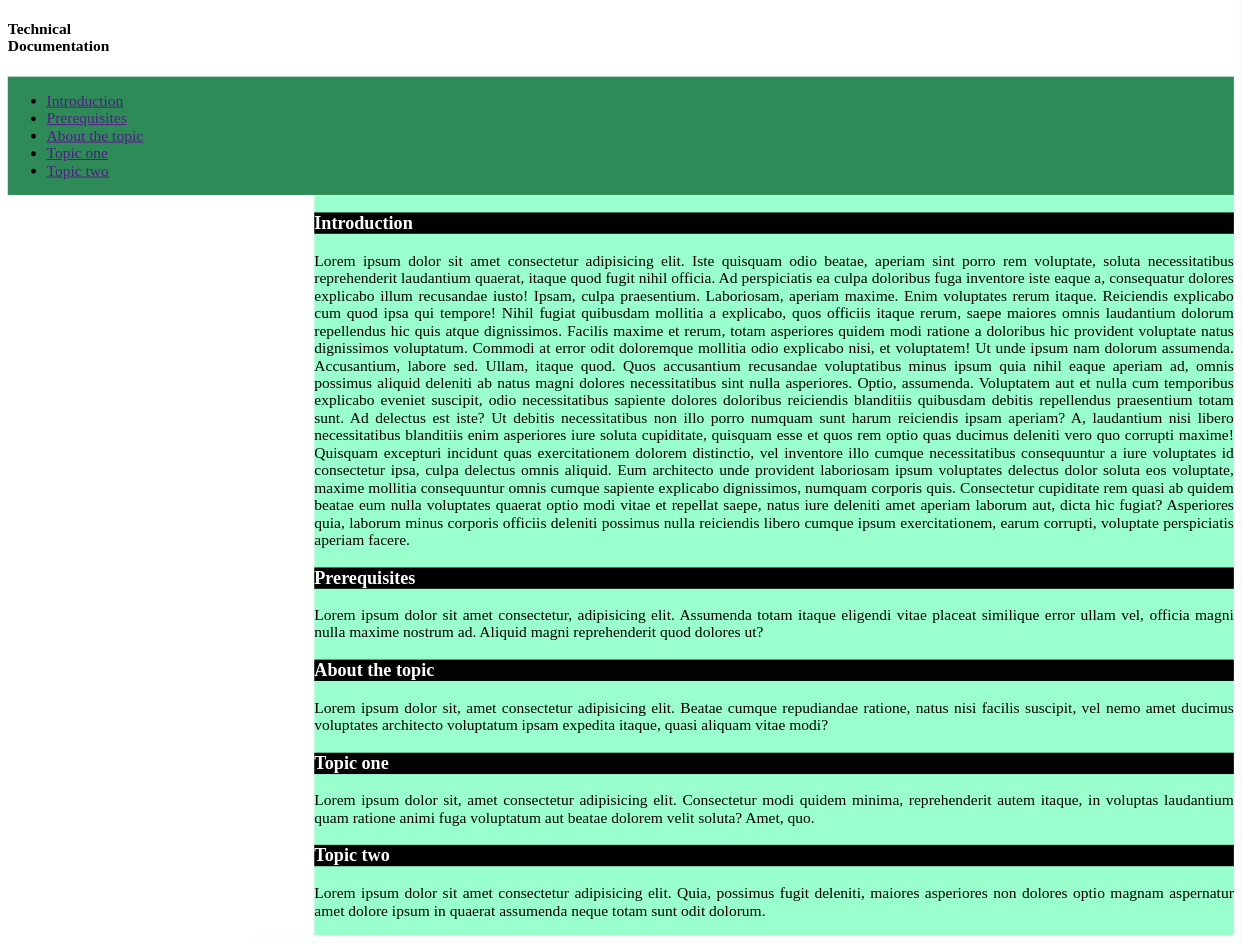
Repository: JoaoLemesDEV/Excercise-Tech-Documentation-Page
Page: index.html
An editor plug-in stored every save of this project. The page is shown before and after the next save, followed by the edit.
The browser window is 1280 px wide. The pictures show the whole page, at 97% of full size.

Above is the page before, as saved 2021-10-03 20:59:23.

### index.html
<!DOCTYPE html>
<html lang="en">
  <head>
    <meta charset="UTF-8" />
    <meta http-equiv="X-UA-Compatible" content="IE=edge" />
    <meta name="viewport" content="width=device-width, initial-scale=1.0" />
    <title>Technical Documentaion</title>
    <link rel="stylesheet" href="index.css" />
    <h4 text-align="left">Technical<br />Documentation</h4>
  </head>
  <body>
    <div class="wrapper">
      <div id="menu">

        <nav>
          <ul>
            <li><a href="">Introduction</a></li>
            <li><a href="">Prerequisites</a></li>
            <li><a href="">About the topic</a></li>
            <li><a href="">Topic one</a></li>
            <li><a href="">Topic two</a></li>
          </ul>
        </nav>
      </div>
      <div id="contents">
        <section id="introduction">
          <h3 style="background: black; color: white">Introduction</h3>
          <p>
            Lorem ipsum dolor sit amet consectetur adipisicing elit. Iste
            quisquam odio beatae, aperiam sint porro rem voluptate, soluta
            necessitatibus reprehenderit laudantium quaerat, itaque quod fugit
            nihil officia. Ad perspiciatis ea culpa doloribus fuga inventore
            iste eaque a, consequatur dolores explicabo illum recusandae iusto!
            Ipsam, culpa praesentium. Laboriosam, aperiam maxime. Enim
            voluptates rerum itaque. Reiciendis explicabo cum quod ipsa qui
            tempore! Nihil fugiat quibusdam mollitia a explicabo, quos officiis
            itaque rerum, saepe maiores omnis laudantium dolorum repellendus hic
            quis atque dignissimos. Facilis maxime et rerum, totam asperiores
            quidem modi ratione a doloribus hic provident voluptate natus
            dignissimos voluptatum. Commodi at error odit doloremque mollitia
            odio explicabo nisi, et voluptatem! Ut unde ipsum nam dolorum
            assumenda. Accusantium, labore sed. Ullam, itaque quod. Quos
            accusantium recusandae voluptatibus minus ipsum quia nihil eaque
            aperiam ad, omnis possimus aliquid deleniti ab natus magni dolores
            necessitatibus sint nulla asperiores. Optio, assumenda. Voluptatem
            aut et nulla cum temporibus explicabo eveniet suscipit, odio
            necessitatibus sapiente dolores doloribus reiciendis blanditiis
            quibusdam debitis repellendus praesentium totam sunt. Ad delectus
            est iste? Ut debitis necessitatibus non illo porro numquam sunt
            harum reiciendis ipsam aperiam? A, laudantium nisi libero
            necessitatibus blanditiis enim asperiores iure soluta cupiditate,
            quisquam esse et quos rem optio quas ducimus deleniti vero quo
            corrupti maxime! Quisquam excepturi incidunt quas exercitationem
            dolorem distinctio, vel inventore illo cumque necessitatibus
            consequuntur a iure voluptates id consectetur ipsa, culpa delectus
            omnis aliquid. Eum architecto unde provident laboriosam ipsum
            voluptates delectus dolor soluta eos voluptate, maxime mollitia
            consequuntur omnis cumque sapiente explicabo dignissimos, numquam
            corporis quis. Consectetur cupiditate rem quasi ab quidem beatae eum
            nulla voluptates quaerat optio modi vitae et repellat saepe, natus
            iure deleniti amet aperiam laborum aut, dicta hic fugiat? Asperiores
            quia, laborum minus corporis officiis deleniti possimus nulla
            reiciendis libero cumque ipsum exercitationem, earum corrupti,
            voluptate perspiciatis aperiam facere.
          </p>
        </section>
        <section id="Prerequisites">
          <h3 style="background: black; color: white">Prerequisites</h3>
          <p>
            Lorem ipsum dolor sit amet consectetur, adipisicing elit. Assumenda
            totam itaque eligendi vitae placeat similique error ullam vel,
            officia magni nulla maxime nostrum ad. Aliquid magni reprehenderit
            quod dolores ut?
          </p>
        </section>
        <section id="about the topic">
          <h3 style="background: black; color: white">About the topic</h3>
          <p>
            Lorem ipsum dolor sit, amet consectetur adipisicing elit. Beatae
            cumque repudiandae ratione, natus nisi facilis suscipit, vel nemo
            amet ducimus voluptates architecto voluptatum ipsam expedita itaque,
            quasi aliquam vitae modi?
          </p>
        </section>
        <section id="topic one">
          <h3 style="background: black; color: white">Topic one</h3>
          <p>
            Lorem ipsum dolor sit, amet consectetur adipisicing elit.
            Consectetur modi quidem minima, reprehenderit autem itaque, in
            voluptas laudantium quam ratione animi fuga voluptatum aut beatae
            dolorem velit soluta? Amet, quo.
          </p>
        </section>
        <section id="topic two">
          <h3 style="background: black; color: white">Topic two</h3>
          <p>
            Lorem ipsum dolor sit amet consectetur adipisicing elit. Quia,
            possimus fugit deleniti, maiores asperiores non dolores optio magnam
            aspernatur amet dolore ipsum in quaerat assumenda neque totam sunt
            odit dolorum.
          </p>
        </section>
      </div>
    </div>
  </body>
</html>

### index.css
#menu{
float: left;
background-color: seagreen;
//grid-row-start: 1;
//grid-row-end: 2;

}

.wrapper {
    display: grid;
    //grid-template-columns: 100px 100px 100px;
    //grid-template-rows: 150px 150px;
}

#menu h4{
margin-left: 25px;
background-color: blue;
}

#contents{
  background-color: cadetblue;
	margin-left: 25%;
	background: #9FC;
  text-align: justify;
}

After the next save:
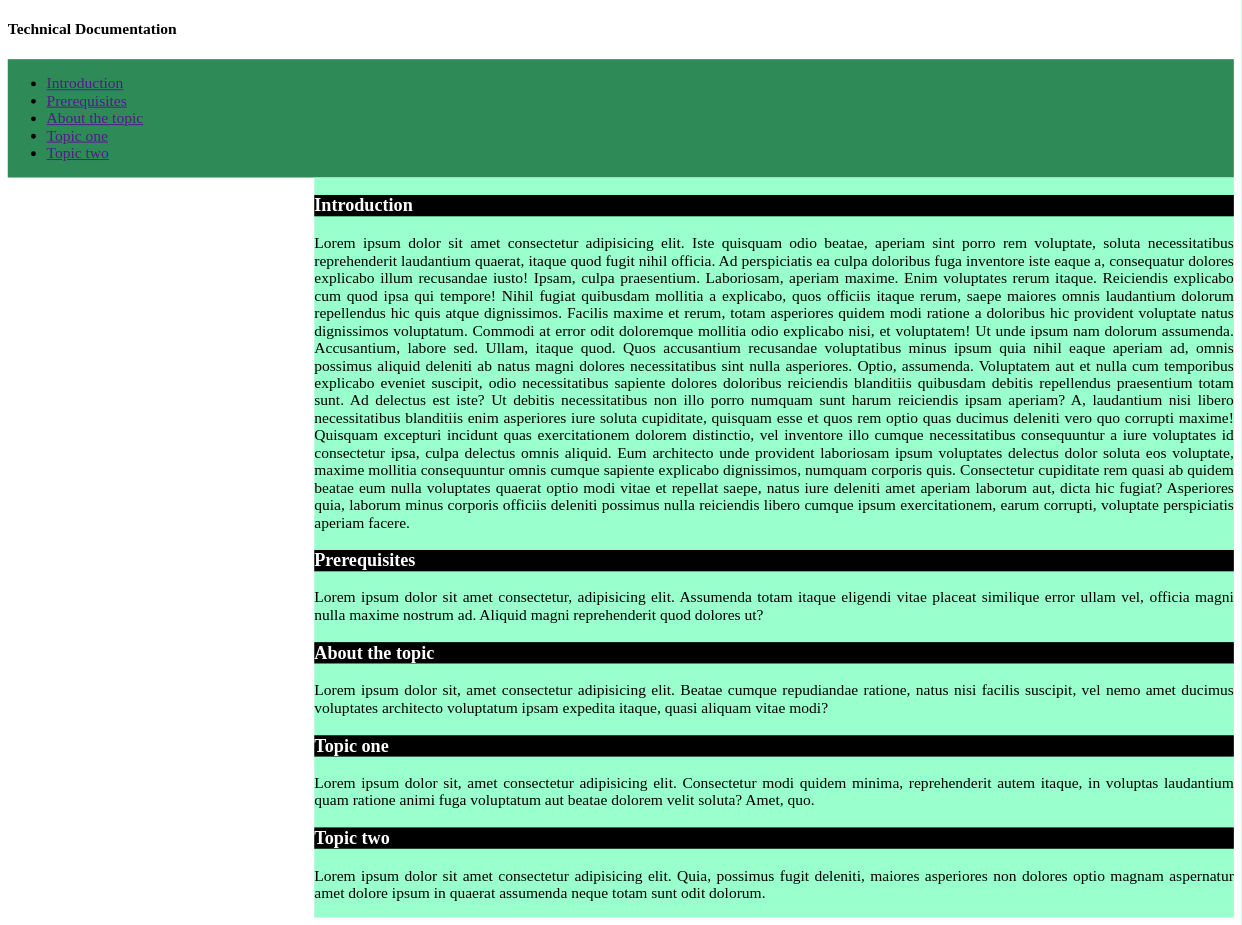
Saved 10 s later.
--- a/index.html
+++ b/index.html
@@ -6,7 +6,7 @@
     <meta name="viewport" content="width=device-width, initial-scale=1.0" />
     <title>Technical Documentaion</title>
     <link rel="stylesheet" href="index.css" />
-    <h4 text-align="left">Technical<br />Documentation</h4>
+    <h4 text-align="left">Technical Documentation</h4>
   </head>
   <body>
     <div class="wrapper">
